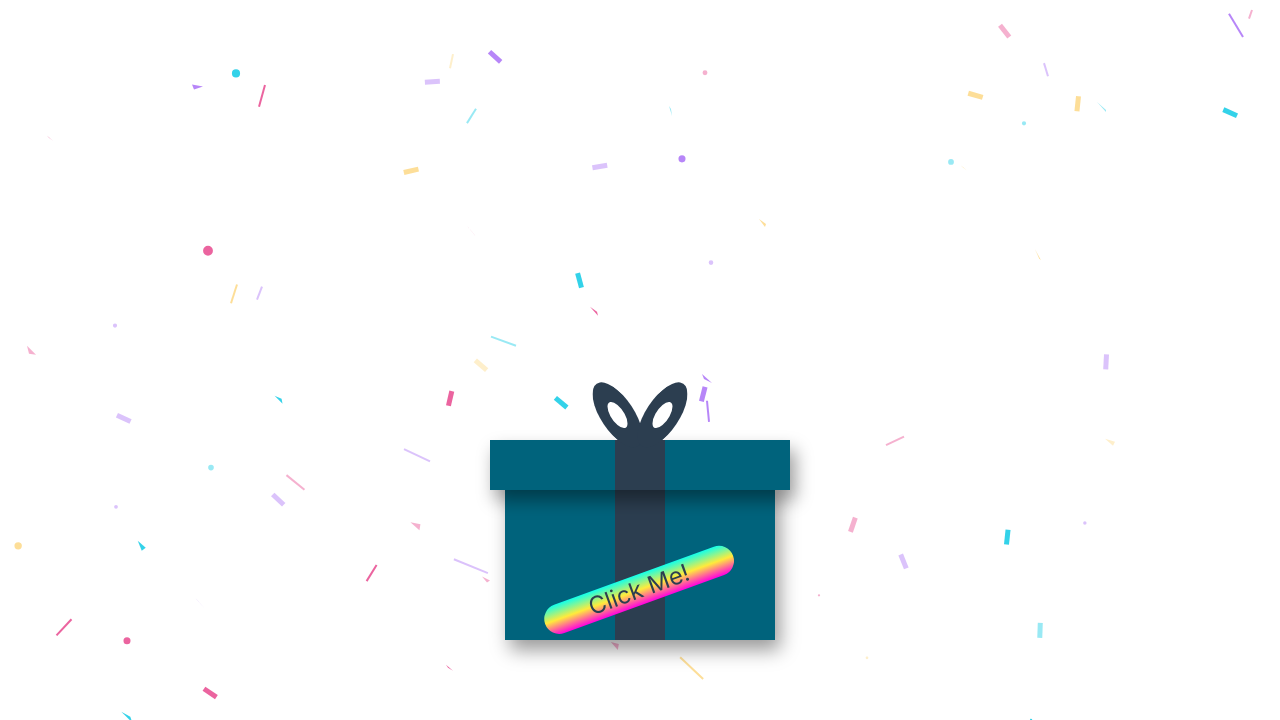
Repository: trongnghia161001/birth_day
Page: index.html
The author's editor kept a copy of each file at every save. The page is drawn from the files as they stood at one save, then again after the next save.
The browser window is 1280 px wide. The pictures show the whole page.

Above is the page before, as saved 2022-11-14 22:32:38.

After the next save:
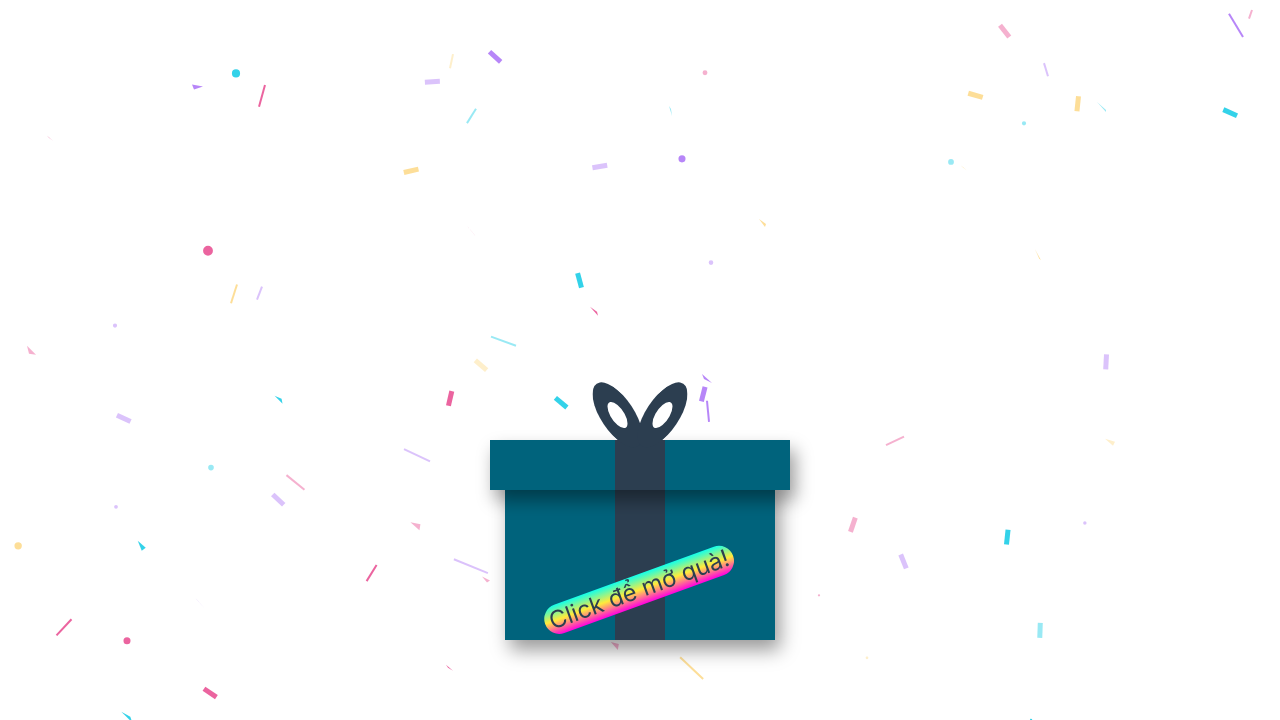
Saved 32 s later.
--- a/styles/style.css
+++ b/styles/style.css
@@ -71,7 +71,7 @@ li span {
   position: absolute;
   color: #2C3E50;
   width: 100%;
-  content: "Click Me!";
+  content: "Click để mở quà!";
   left: 50px;
   bottom: 0;
   font-size: 24px;
